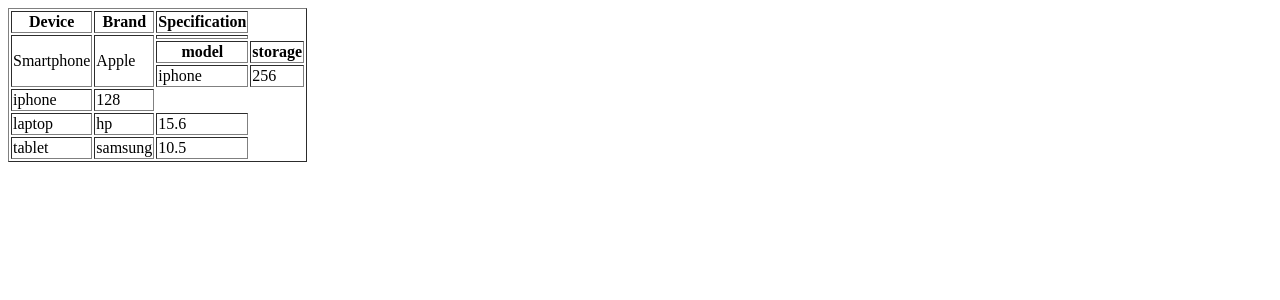
Repository: Rohit-sharma9838/myself
Page: Qspider/table.html
The author's editor kept a copy of each file at every save. The page is drawn from the files as they stood at one save, then again after the next save.
The browser window is 1280 px wide. The pictures show the whole page.

Above is the page before, as saved 2025-08-16 22:44:56.

### Qspider/table.html
<!DOCTYPE html>
<html lang="en">
<head>
    <meta charset="UTF-8">
    <meta name="viewport" content="width=device-width, initial-scale=1.0">
    <title>Document</title>
</head>
<body>
    <table border="1">
        <tr>
            <th>Device</th>
            <th>Brand</th>
            <th>Specification
        </tr>
        <tr>
            <td rowspan="3">Smartphone</td>
            <td rowspan="3">Apple</td>
            <td>
                <tr>
                    <th>model</th>
                    <th>storage</th>
                </tr>
                <tr>
                    <td>iphone</td>
                    <td>256</td>
                </tr>
                <tr>
                    <td>iphone</td>
                    <td>128</td>
                </tr>
            </td>
            <tr>
                <td>laptop</td>
                <td>hp</td>
                <td>15.6</td>
            </tr>
            <tr>
                <td>tablet</td>
                <td>samsung</td>
                <td>10.5</td>
            </tr>
        </tr>
    </table>
</body>
</html>

After the next save:
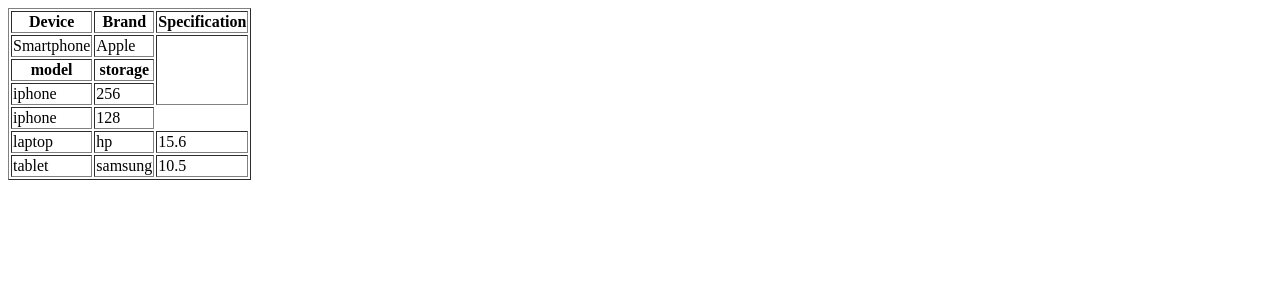
Saved 72 s later.
--- a/Qspider/table.html
+++ b/Qspider/table.html
@@ -13,9 +13,9 @@
             <th>Specification
         </tr>
         <tr>
-            <td rowspan="3">Smartphone</td>
-            <td rowspan="3">Apple</td>
-            <td>
+            <td>Smartphone</td>
+            <td>Apple</td>
+            <td rowspan="3">
                 <tr>
                     <th>model</th>
                     <th>storage</th>
